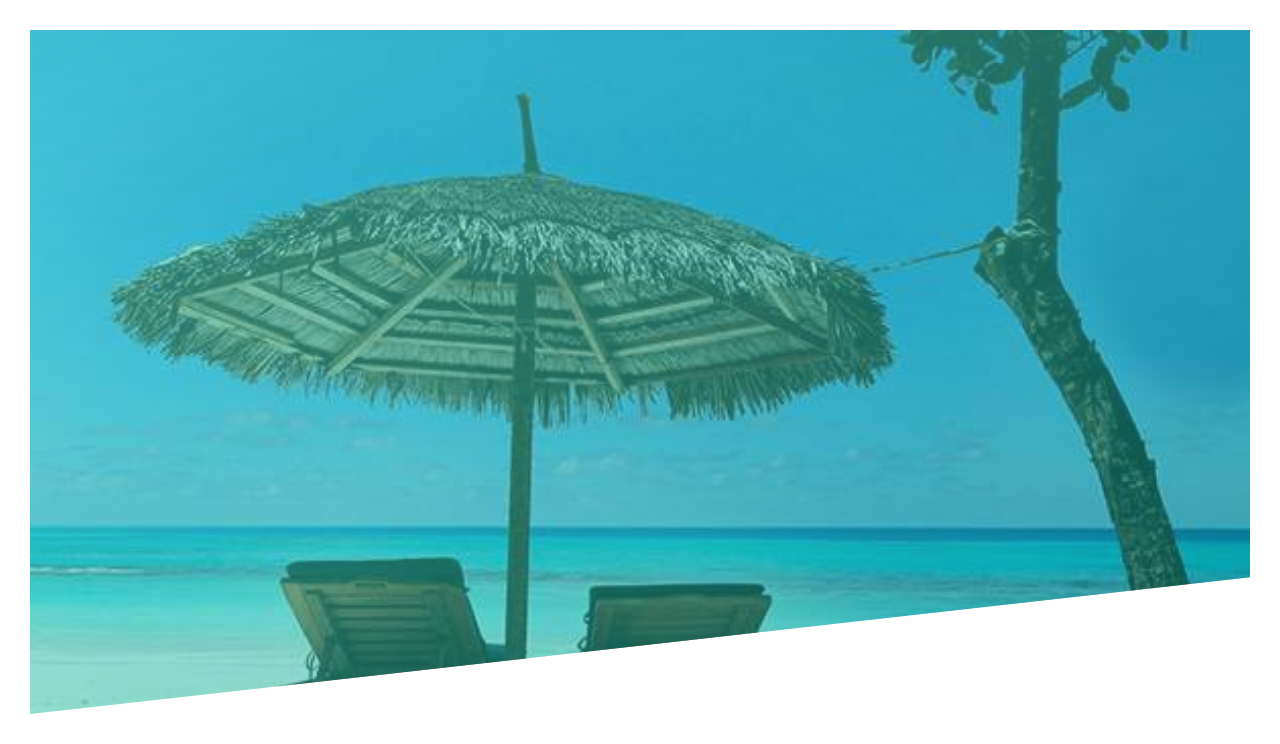
Repository: Azariagmt/tour-and-travel
Page: index.html
The author's editor kept a copy of each file at every save. The page is drawn from the files as they stood at one save, then again after the next save.
The browser window is 1280 px wide. The pictures show the whole page.

Above is the page before, as saved 2020-03-24 16:21:22.

### index.html
<!DOCTYPE html>
<!--[if lt IE 7]>      <html class="no-js lt-ie9 lt-ie8 lt-ie7"> <![endif]-->
<!--[if IE 7]>         <html class="no-js lt-ie9 lt-ie8"> <![endif]-->
<!--[if IE 8]>         <html class="no-js lt-ie9"> <![endif]-->
<!--[if gt IE 8]><!--> <html class="no-js"> <!--<![endif]-->
    <head>
        <meta charset="utf-8">
        <meta http-equiv="X-UA-Compatible" content="IE=edge">
        <title></title>
        <meta name="description" content="">
        <meta name="viewport" content="width=device-width, initial-scale=1">
        <link href="https://fonts.googleapis.com/css?family=Lato&display=swap" rel="stylesheet">
        <link rel="stylesheet" href="css/style.css">
    </head>
    <body>
        <!--[if lt IE 7]>
            <p class="browsehappy">You are using an <strong>outdated</strong> browser. Please <a href="#">upgrade your browser</a> to improve your experience.</p>
        <![endif]-->
        <header class="header">

        </header>
        <script src="" async defer></script>
    </body>
</html>

### css/style.css
* {
  margin: 0;
  padding: 0;
  box-sizing: border-box;
}

body {
  font-family: "Lato", sans-serif;
  font-weight: 400;
  font-size: 16px;
  line-height: 1.7;
  color: #777777;
  padding: 30px;
}

.header {
  height: 95vh;
  background-image: linear-gradient(to right bottom, #64ffdb8b, #00897b84),
    url(../img/2.jpg);
  background-size: cover;
  background-position: top;
  clip-path: polygon(0 0, 100% 0, 100% 80%, 0% 100%);
}

After the next save:
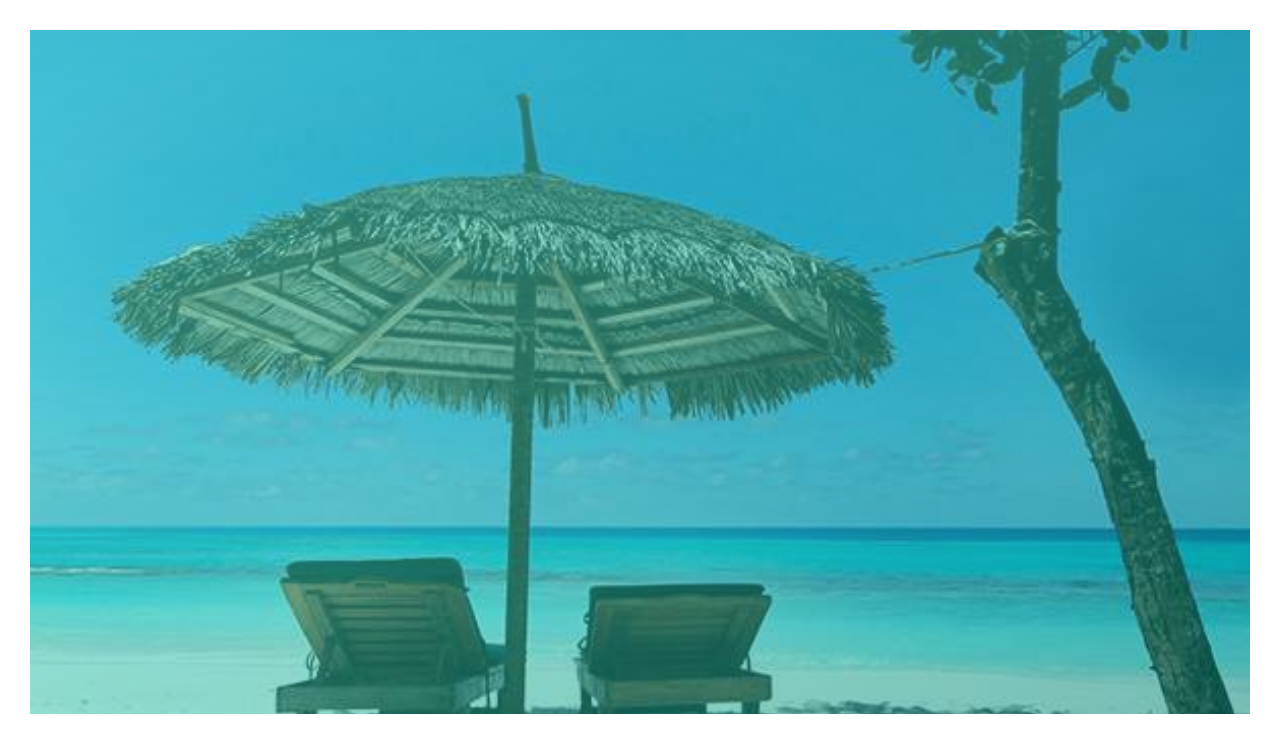
Saved 12 min 40 s later.
--- a/css/style.css
+++ b/css/style.css
@@ -19,5 +19,5 @@
     url(../img/2.jpg);
   background-size: cover;
   background-position: top;
-  clip-path: polygon(0 0, 100% 0, 100% 80%, 0% 100%);
+  clip-path: polygon();
 }
